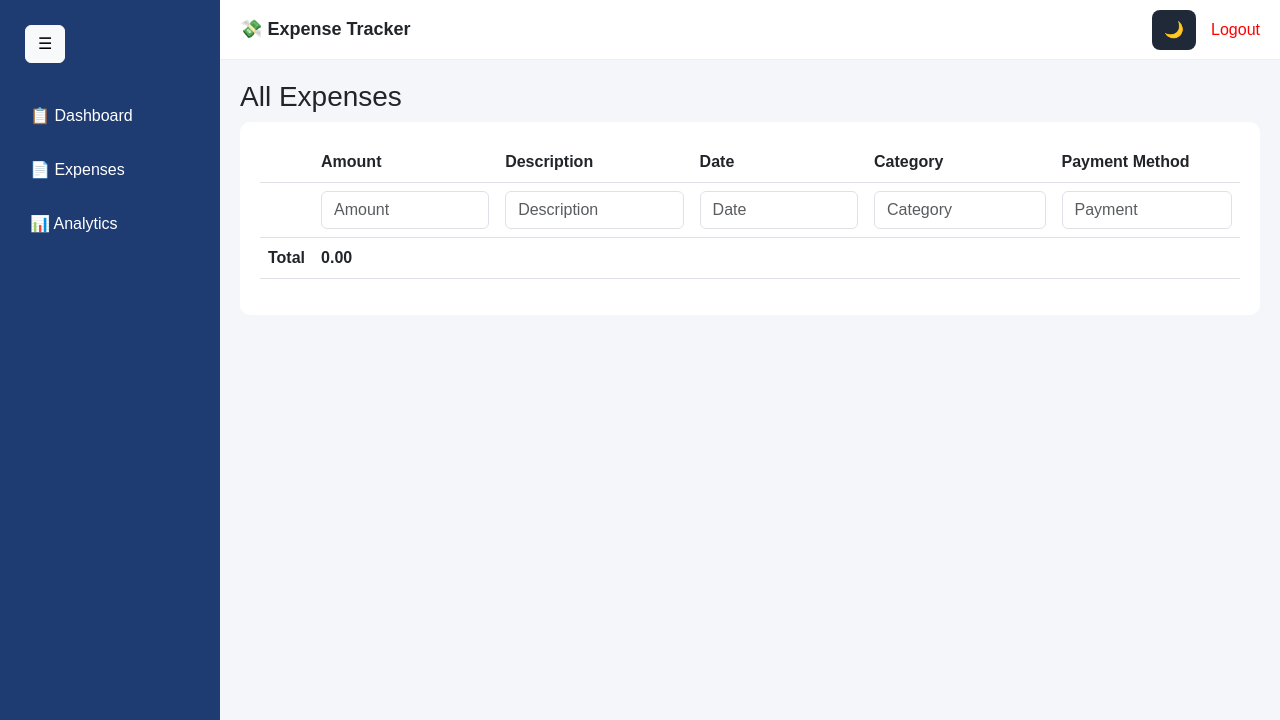
Repository: TejasChoudhary1996/expense-microservices
Page: http://localhost/ui-service/WEB-INF/jsp/pages/expenses.jsp
The author's editor kept a copy of each file at every save. The page is drawn from the files as they stood at one save, then again after the next save.
The browser window is 1280 px wide. The pictures show the whole page.
The page is served by Tomcat 10. Nobody is signed in. Other server files are loaded and not shown. The template is opened directly, without the code that normally fills it, so the values that code supplies are empty.

Above is the page before, as saved 2026-03-29 17:37:10.

### ui-service/src/main/webapp/WEB-INF/jsp/pages/expenses.jsp
<%@ page contentType="text/html; charset=UTF-8" pageEncoding="UTF-8"%>
<%@ include file="../layout/header.jsp" %>
<%@ include file="../layout/sidebar.jsp" %>

<div class="content">

<h3>All Expenses</h3>

<div class="card-box">
<table class="table" id="expenseTable">

<thead>
<tr>
<th></th>
<th>Amount</th>
<th>Description</th>
<th>Date</th>
<th>Category</th>
<th>Payment Method</th>
</tr>

<!-- FILTER ROW -->
<tr>
<th></th>
<th><input type="text" class="form-control filter" placeholder="Amount"></th>
<th><input type="text" class="form-control filter" placeholder="Description"></th>
<th><input type="text" class="form-control filter" placeholder="Date"></th>
<th><input type="text" class="form-control filter" placeholder="Category"></th>
<th><input type="text" class="form-control filter" placeholder="Payment"></th>
</tr>
</thead>

<tbody>
<c:forEach var="e" items="${expenses}">
<tr>
<th></th>
<td>${e.amount}</td> <!-- removed ₹ for better filtering -->
<td>${e.description}</td>
<td>${e.expenseDate}</td>
<td>${e.category}</td>
<td>${e.paymentMethod}</td>
</tr>
</c:forEach>
</tbody>
<tfoot>
<tr>
    <th colspan="1">Total</th>
    <th id="totalAmount">0</th>
    <th colspan="4"></th>
</tr>
</tfoot>

</table>
</div>

</div>

<script>
document.addEventListener("DOMContentLoaded", function () {

    const filters = document.querySelectorAll(".filter");
    const rows = document.querySelectorAll("#expenseTable tbody tr");
    const totalElement = document.getElementById("totalAmount");

    function updateTable() {
        let total = 0;

        rows.forEach(row => {
            let show = true;

            filters.forEach((f, i) => {
                let val = f.value.trim().toLowerCase();

                // ✅ OFFSET by +1 because first column is empty
                let cell = row.cells[i + 1];
                let cellText = cell ? cell.innerText.toLowerCase() : "";

                if (val && !cellText.includes(val)) {
                    show = false;
                }
            });

            row.style.display = show ? "" : "none";

            // ✅ Amount is still column index 1
            if (show) {
                let amount = parseFloat(row.cells[1].innerText) || 0;
                total += amount;
            }
        });

        totalElement.innerText = total.toFixed(2);
    }

    filters.forEach(input => {
        input.addEventListener("keyup", updateTable);
    });

    updateTable();

});
</script>
</body>
</html>

### ui-service/src/main/webapp/WEB-INF/jsp/layout/header.jsp
<%@ page contentType="text/html; charset=UTF-8" pageEncoding="UTF-8"%>

<!DOCTYPE html>
<html>
<head>

<meta charset="UTF-8">
<meta name="viewport" content="width=device-width, initial-scale=1">

<title>Expense Tracker</title>

<link href="https://cdn.jsdelivr.net/npm/bootstrap@5.3.0/dist/css/bootstrap.min.css" rel="stylesheet">
<script src="https://cdn.jsdelivr.net/npm/chart.js"></script>
<script src="https://cdn.jsdelivr.net/npm/bootstrap@5.3.0/dist/js/bootstrap.bundle.min.js"></script>
<%@ taglib prefix="c" uri="jakarta.tags.core"%>

<style>
body {
    margin: 0;
    font-family: 'Poppins', sans-serif;
    background: #f4f6f9;
}

/* ===== SIDEBAR ===== */
.sidebar {
    width: 220px;
    height: 100vh;
    background: #1e3c72;
    color: white;
    position: fixed;
    top: 0;
    left: 0;
    padding: 20px;
}

/* ===== HEADER ===== */
.header {
    position: fixed;
    top: 0;
    left: 220px;
    right: 0;
    height: 60px;
    background: white;
    display: flex;
    align-items: center;
    justify-content: space-between;
    padding: 0 20px;
    border-bottom: 1px solid #eee;
    z-index: 1000;
}

/* Header title modern look */
.header h5 {
    margin: 0;
    font-weight: 600;
    font-size: 18px;
}

/* ===== CONTENT ===== */
.content {
    margin-left: 220px;
    margin-top: 60px;
    padding: 20px;
}

/* ===== CARD ===== */
.card-box {
    background: white;
    padding: 20px;
    border-radius: 10px;
    margin-bottom: 20px;
}

/* ===== BUTTON ===== */
.btn-primary {
    background: #ff7a18;
    border: none;
}

/* ===== SIDEBAR LINKS ===== */
.sidebar a {
    display: block;
    padding: 10px;
    margin: 10px 0;
    color: white;
    text-decoration: none;
    border-radius: 8px;
}

.sidebar a:hover {
    background: rgba(255,255,255,0.1);
}

.sidebar a.active {
    background: #ff7a18;
}

/* ===== COLLAPSE ===== */
.sidebar.collapsed {
    width: 70px;
}

.sidebar.collapsed span {
    display: none;
}

.content.expanded {
    margin-left: 70px;
}

.header.expanded {
    left: 70px;
}

/* ===== DARK MODE ===== */
body.dark {
    background: #121212;
    color: white;
}

/* FIX HEADER IN DARK MODE */
body.dark .header {
    background: #1e1e1e;
    color: white;
    border-bottom: 1px solid #333;
}

body.dark .card-box {
    background: #1e1e1e;
}

body.dark .sidebar {
    background: #000;
}

body.dark input,
body.dark select {
    background: #2c2c2c;
    color: white;
    border: none;
}

/* Inputs fix */
body.dark input::placeholder {
    color: #aaa;
}

canvas {
    max-height: 300px !important;
}
</style>

<script>

function toggleSidebar() {
    const sidebar = document.getElementById("sidebar");
    const content = document.querySelector(".content");
    const header = document.querySelector(".header");

    if (!sidebar || !content || !header) return;

    sidebar.classList.toggle("collapsed");
    content.classList.toggle("expanded");
    header.classList.toggle("expanded");
}

function toggleTheme() {
    document.body.classList.toggle("dark");
}
</script>
</script>

</head>

<body>


<!-- ===== HEADER ===== -->
<div class="header">
    <h5>💸 Expense Tracker</h5>
 <div style="display:flex; align-items:center; gap:15px; margin-left:auto;">

    <!-- Dark Mode Toggle -->
    <button id="darkModeToggle"
        style="background:#1f2937; color:white; border:none; padding:8px 12px; border-radius:8px; cursor:pointer;">
        🌙
    </button>

    <!-- Logout -->
    <a href="/logout" style="color:red; text-decoration:none; font-weight:500;">
        Logout
    </a>

</div>
</div>

### ui-service/src/main/webapp/WEB-INF/jsp/layout/sidebar.jsp
<%@ page contentType="text/html; charset=UTF-8" pageEncoding="UTF-8"%>

<div class="sidebar" id="sidebar">



	<div style="display:flex; align-items:center; gap:10px; padding:5px;">

    <!-- Toggle -->
      <button onclick="toggleSidebar()" class="btn btn-light mb-3" >☰</button>

    <!-- Username -->
    <span style="font-size:24px; font-weight:600; color:white;">
        ${userName}
    </span>

</div>

  <a href="/" class="menu-item ${page == 'dashboard' ? 'active' : ''}">
        📋 <span>Dashboard</span>
    </a>

    <a href="/expenses" class="menu-item ${page == 'expenses' ? 'active' : ''}">
        📄 <span>Expenses</span>
    </a>

    <a href="/analytics" class="menu-item ${page == 'analytics' ? 'active' : ''}">
        📊 <span>Analytics</span>
    </a>

</div>

After the next save:
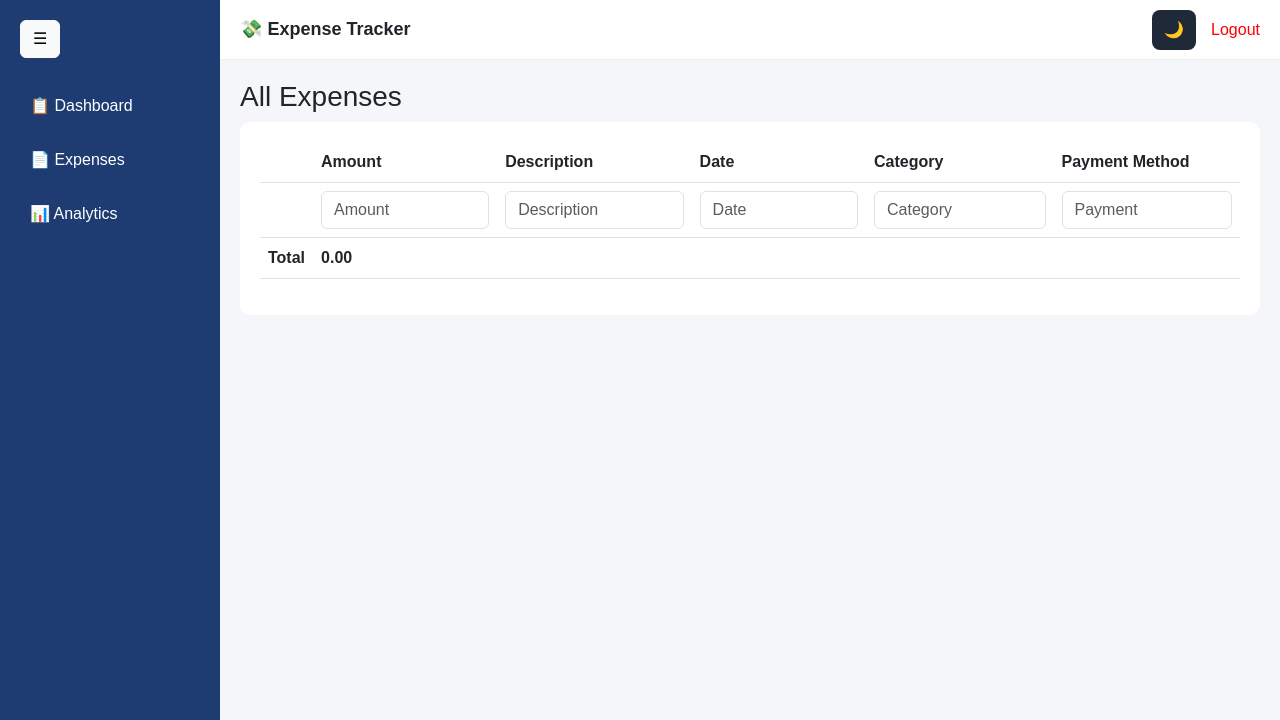
Saved 12 s later.
--- a/ui-service/src/main/webapp/WEB-INF/jsp/layout/sidebar.jsp
+++ b/ui-service/src/main/webapp/WEB-INF/jsp/layout/sidebar.jsp
@@ -4,7 +4,7 @@
 
 
 
-	<div style="display:flex; align-items:center; gap:10px; padding:5px;">
+	<div style="display:flex; align-items:center; gap:10px; padding:0px;">
 
     <!-- Toggle -->
       <button onclick="toggleSidebar()" class="btn btn-light mb-3" >☰</button>
